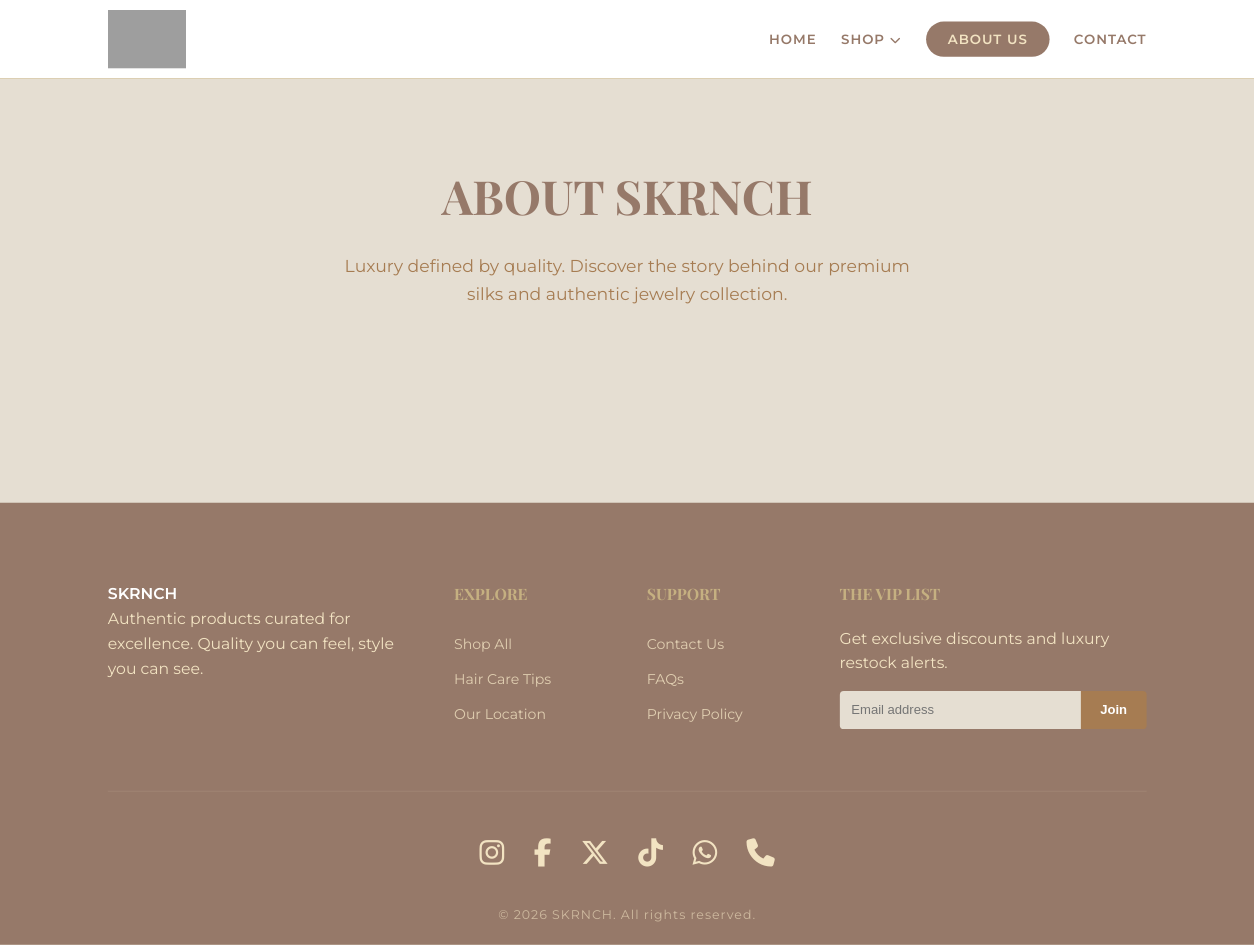
Repository: ndirituart/Portfolio
Page: about.html
These files come from the project's save history. The page is drawn as it stood at one moment and after the next save; the edit follows.
The browser window is 1280 px wide. The pictures show the whole page, at 98% of full size.
Pictures or frames that could not be fetched are drawn as grey boxes. Some web fonts or font styles are not loaded; a fallback is used.

Above is the page before, as saved 2026-02-04 20:57:18.

After the next save:
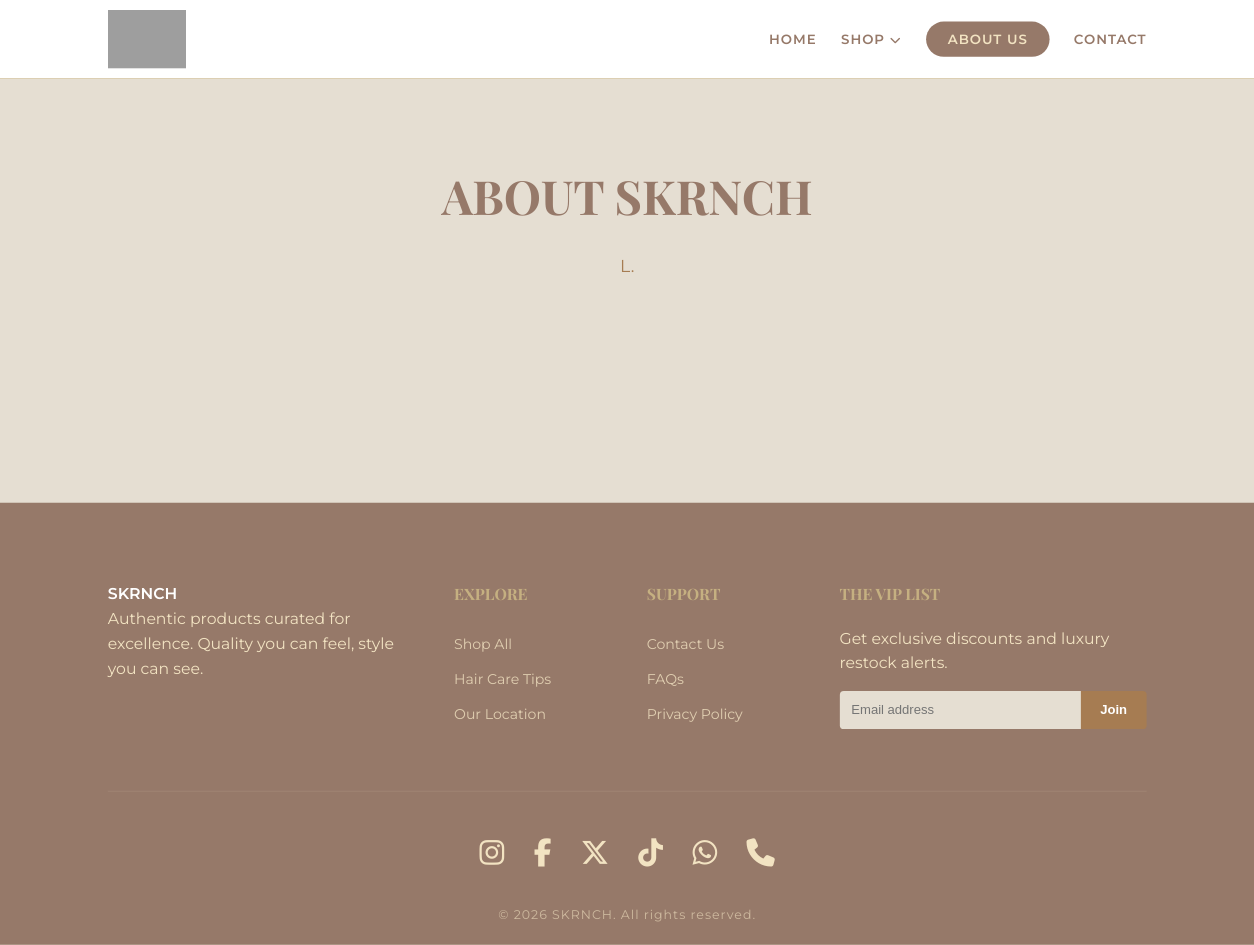
Saved 61 s later.
--- a/about.html
+++ b/about.html
@@ -39,7 +39,7 @@
         <div class="container">
             <section>
                 <h1>ABOUT SKRNCH</h1>
-                <p>Luxury defined by quality. Discover the story behind our premium silks and authentic jewelry collection.</p>
+                <p>L.</p>
             </section>
         </div>
     </main>
